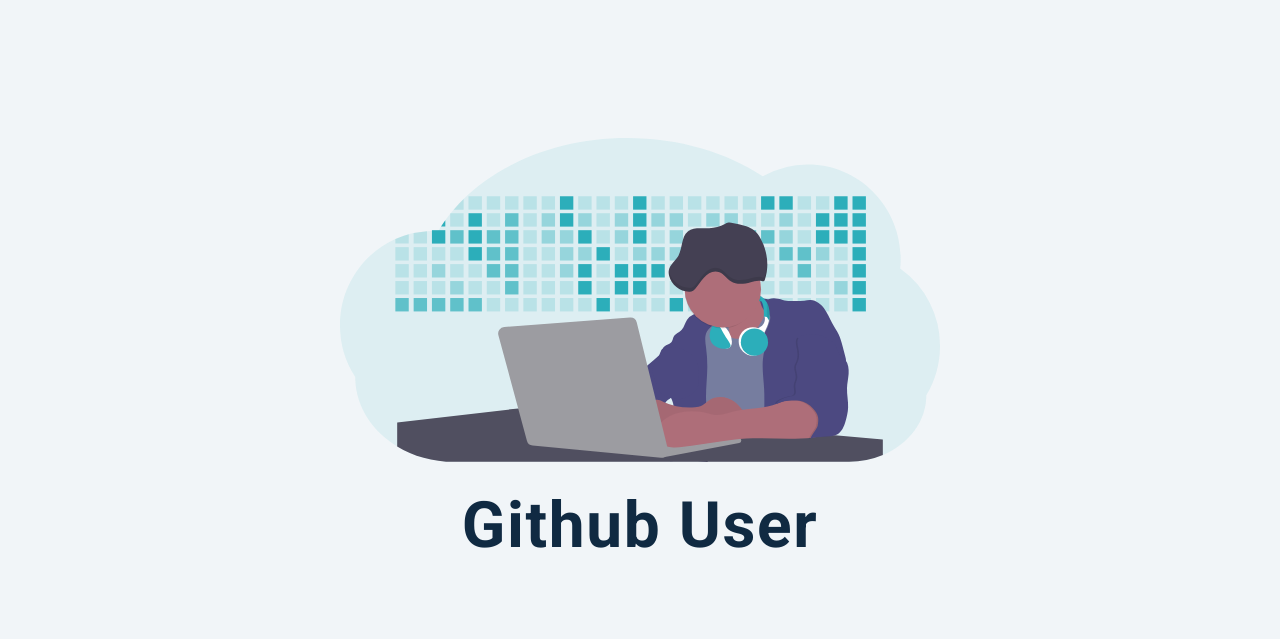
Repository: MateuszWorek/react-search-github-users
Page: /login
The author's editor kept a copy of each file at every save. The page is drawn from the files as they stood at one save, then again after the next save.
The browser window is 1280 px wide. The pictures show the whole page.
The project was rebuilt for these pictures with package versions that can differ from the ones it lists, and the page was loaded fresh each time. Also part of the build but not shown: src/components/Info.js, src/components/Charts/ExampleChart.js, src/components/Charts/Column3D.js, src/components/Charts/Bar3D.js, src/components/Charts/Pie3D.js, src/components/Charts/Doughnut2d.js, src/components/Charts/index.js, src/components/Repos.js and 10 more.

Above is the page before, as saved 2021-01-25 20:55:42.

### src/App.js
import React from 'react';
import { Dashboard, Login, PrivateRoute, AuthWrapper, Error } from './pages';
import { BrowserRouter as Router, Switch, Route } from 'react-router-dom';

function App() {
  return (
    <Router>
      <Switch>
        <Route path="/" exact={ true }>
          <Dashboard></Dashboard>
        </Route>
        <Route path="/login">
          <Login></Login>
        </Route>
        <Route path="*">
          <Error></Error>
        </Route>
      </Switch>
    </Router>
  );
}

export default App;

### src/context/mockData.js/mockUser.js
export default {
  login: 'john-smilga',
  id: 42133389,
  node_id: 'MDQ6VXNlcjQyMTMzMzg5',
  avatar_url: 'https://avatars3.githubusercontent.com/u/42133389?v=4',
  gravatar_id: '',
  url: 'https://api.github.com/users/john-smilga',
  html_url: 'https://github.com/john-smilga',
  followers_url: 'https://api.github.com/users/john-smilga/followers',
  following_url:
    'https://api.github.com/users/john-smilga/following{/other_user}',
  gists_url: 'https://api.github.com/users/john-smilga/gists{/gist_id}',
  starred_url:
    'https://api.github.com/users/john-smilga/starred{/owner}{/repo}',
  subscriptions_url: 'https://api.github.com/users/john-smilga/subscriptions',
  organizations_url: 'https://api.github.com/users/john-smilga/orgs',
  repos_url: 'https://api.github.com/users/john-smilga/repos',
  events_url: 'https://api.github.com/users/john-smilga/events{/privacy}',
  received_events_url:
    'https://api.github.com/users/john-smilga/received_events',
  type: 'User',
  site_admin: false,
  name: 'John Smilga',
  company: 'Coding Addict',
  blog: 'www.johnsmilga.com',
  location: 'Los Angeles',
  email: null,
  hireable: null,
  bio: 'Creator of Coding Addict',
  twitter_username: 'john_smilga',
  public_repos: 152,
  public_gists: 0,
  followers: 1495,
  following: 0,
  created_at: '2018-08-06T06:48:23Z',
  updated_at: '2020-07-08T05:01:32Z',
};

### src/pages/Login.js
import React from 'react';
import { useAuth0 } from '@auth0/auth0-react';
import styled from 'styled-components';
import loginImg from '../images/login-img.svg';
const Login = () => {
  return <Wrapper>
    <div className="container">
      <img src={ loginImg } alt="github user"/>
      <h1>github user</h1>
    </div>
  </Wrapper>;
};
const Wrapper = styled.section`
  min-height: 100vh;
  display: grid;
  place-items: center;
  .container {
    width: 90vw;
    max-width: 600px;
    text-align: center;
  }
  img {
    margin-bottom: 2rem;
  }
  h1 {
    margin-bottom: 1.5rem;
  }
`;
export default Login;

Loaded but not shown: public/index.html (common file); src/index.js (common file); src/index.css (common file); src/serviceWorker.js (common file); src/context/context.js (common file); src/pages/index.js (common file); src/context/mockData.js/mockRepos.js (library); src/context/mockData.js/mockFollowers.js (676 lines, source omitted)

After the next save:
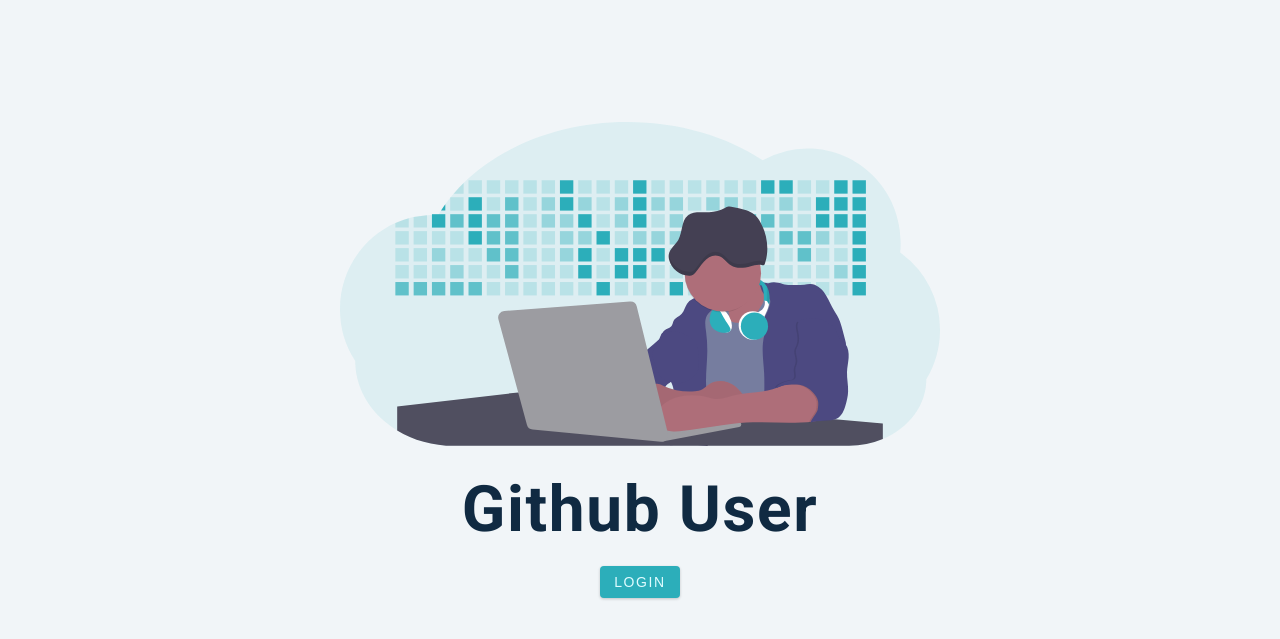
Saved 24 s later.
--- a/src/pages/Login.js
+++ b/src/pages/Login.js
@@ -7,6 +7,7 @@ const Login = () => {
     <div className="container">
       <img src={ loginImg } alt="github user"/>
       <h1>github user</h1>
+      <button className="btn">login</button>
     </div>
   </Wrapper>;
 };
